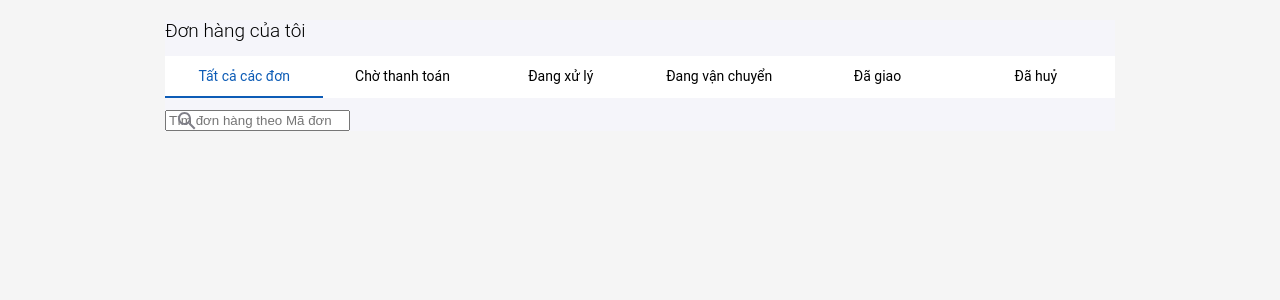
Repository: baopham2-tiki/tiki-order-listing
Page: /oderApp
The author's editor kept a copy of each file at every save. The page is drawn from the files as they stood at one save, then again after the next save.
The browser window is 1280 px wide. The pictures show the whole page.
The project was rebuilt for these pictures with package versions that can differ from the ones it lists, and the page was loaded fresh each time. The framework's server and built-in components were replaced by stand-ins that run in the browser. Also part of the build but not shown: next.config.js.

Above is the page before, as saved 2022-11-10 00:39:36.

After the next save:
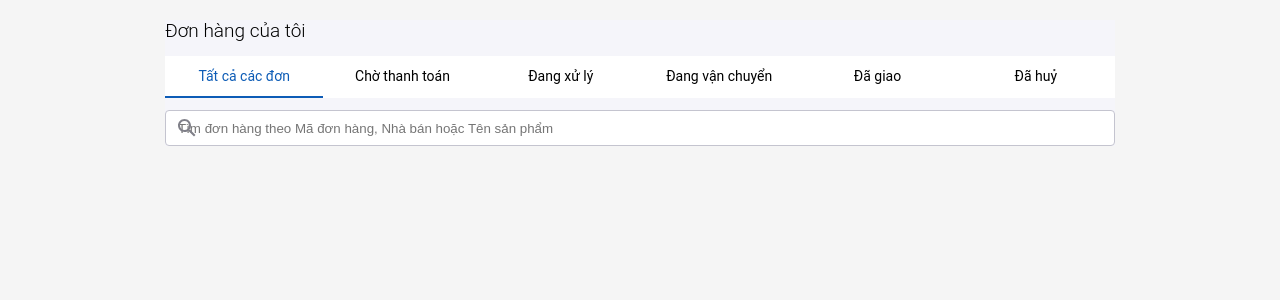
Saved 37 s later.
--- a/pages/oderApp.tsx
+++ b/pages/oderApp.tsx
@@ -45,6 +45,18 @@ const StyledInput = styled.div`
     width: 24px;
     height: 24px;
   }
+  .input {
+    transition: border-color 0.15s ease-in-out 0s, box-shadow 0.15s ease-in-out 0s,
+      -webkit-box-shadow 0.15s ease-in-out 0s;
+    height: 36px;
+    width: 100%;
+    border-radius: 4px;
+    padding: 10px 12px;
+    line-height: 20px;
+    outline: none;
+    flex: 1 1 0%;
+    border: 1px solid rgb(196, 196, 207);
+  }
 `
 export default function oderApp() {
   return (
